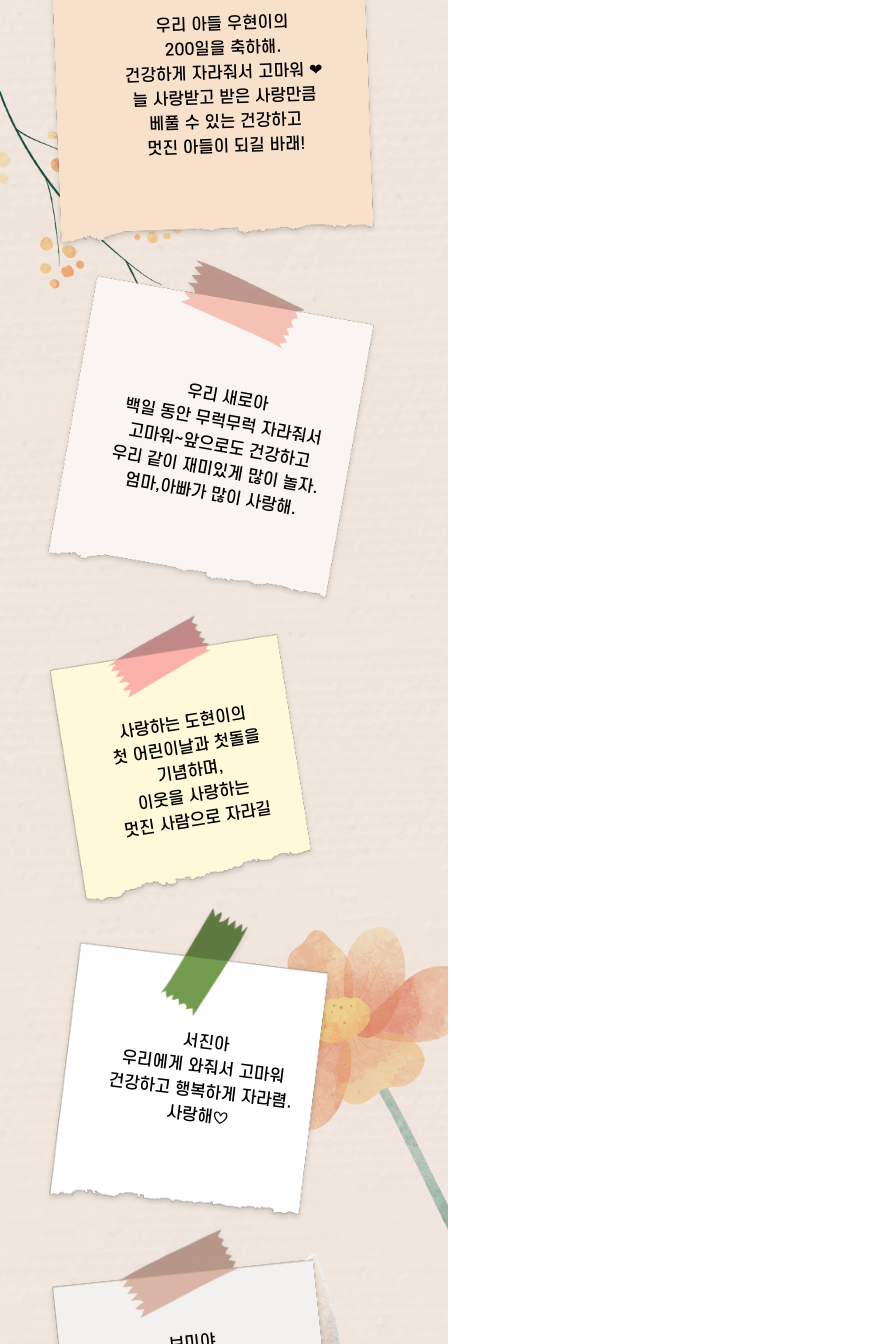
Repository: dlgywls1130/save_children_m
Page: index.html
These files come from the project's save history. The page is drawn as it stood at one moment and after the next save; the edit follows.
The browser window is 1280 px wide. The pictures show the part of the page from y = 1174 to 3094 px (the page is 9658 px tall), at 70% of full size.

Above is the page before, as saved 2023-12-13 19:07:04.

After the next save:
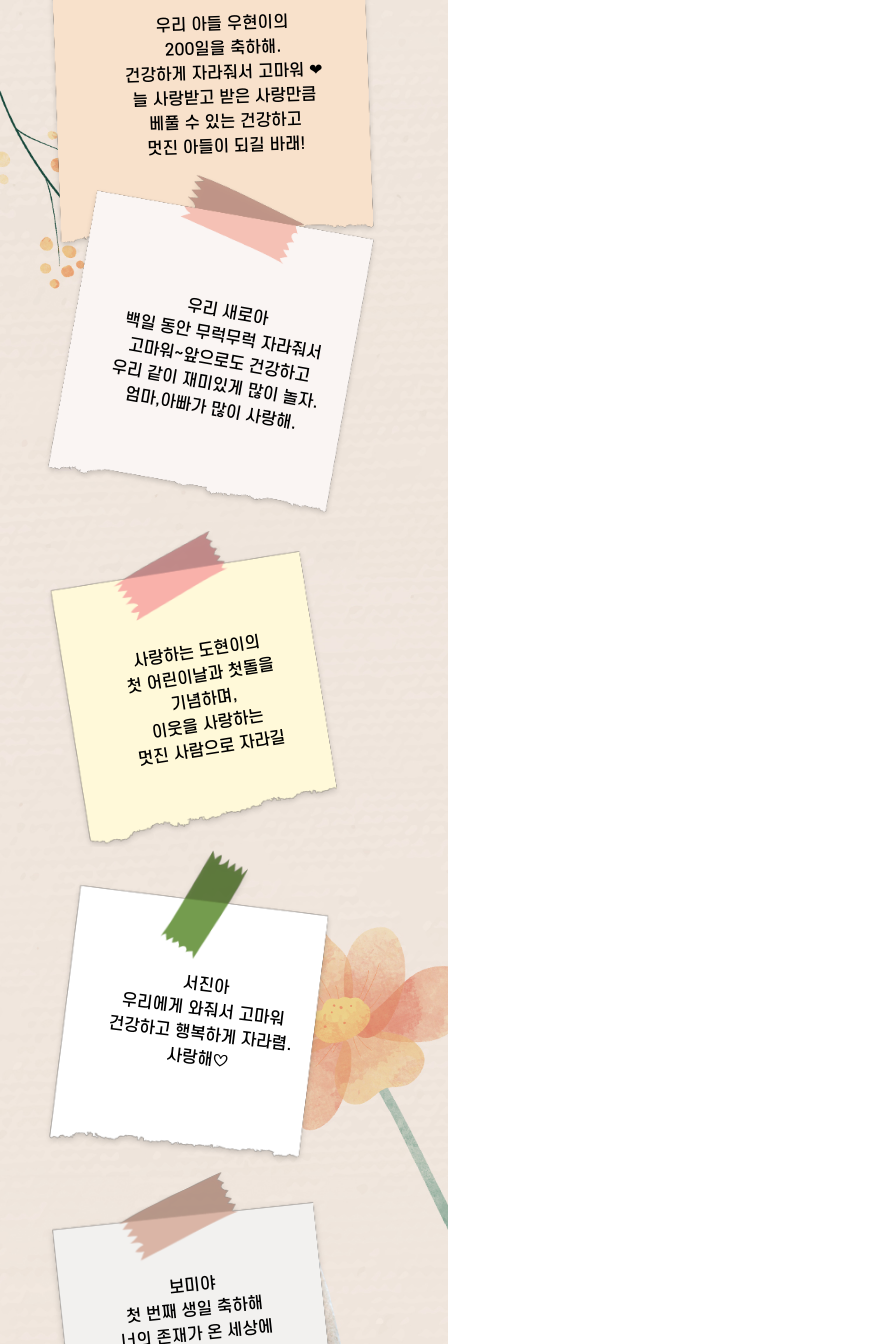
Saved 29 s later.
--- a/css/style.css
+++ b/css/style.css
@@ -276,7 +276,7 @@
     height: 510px;
     background-size: contain;
     box-sizing: border-box;
-
+    margin-top: -19%;
 }
 
 .postit02 p{
@@ -311,8 +311,8 @@
 
 .postit05{
     background:url('../img/post01.png') no-repeat;
-    width: 420px;
-    height: 420px;
+    width: 460px;
+    height: 460px;
     background-size: contain;
     box-sizing: border-box;
 }
